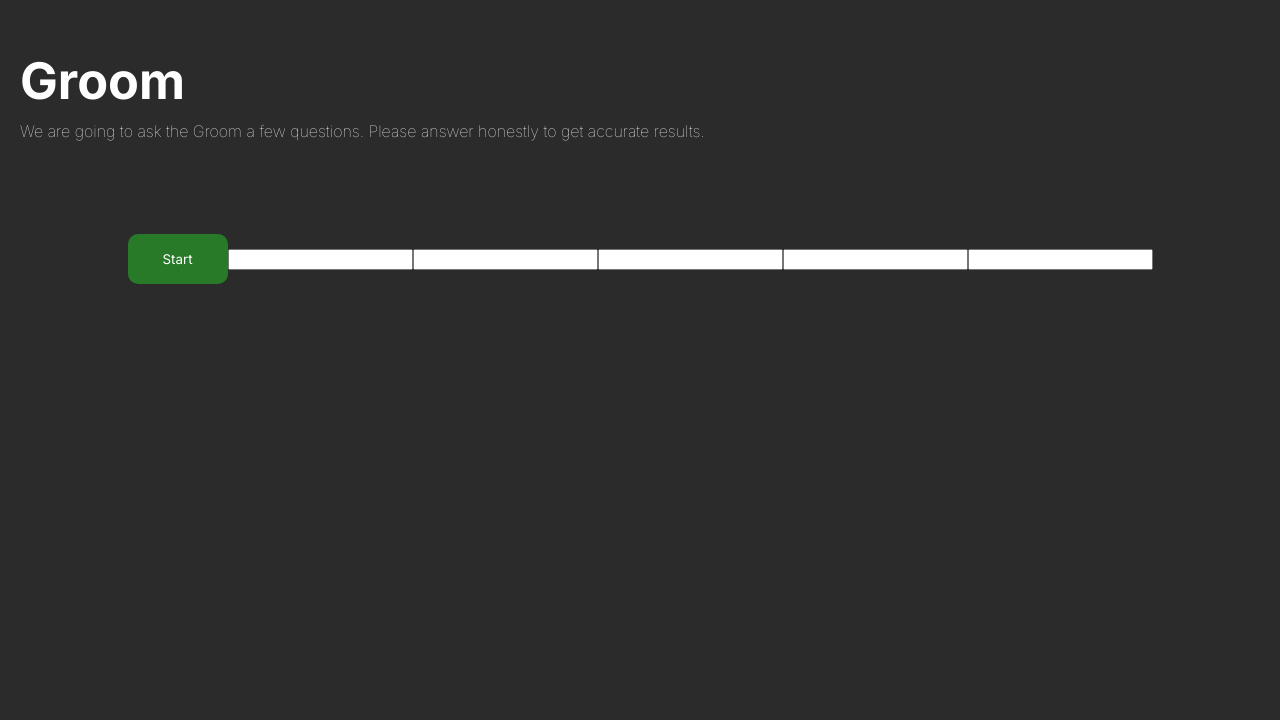
Repository: devhabeeblateef/tictactoe
Page: /
The author's editor kept a copy of each file at every save. The page is drawn from the files as they stood at one save, then again after a run of saves.
The browser window is 1280 px wide. The pictures show the whole page.
The project was rebuilt for these pictures with package versions that can differ from the ones it lists, and the page was loaded fresh each time. Also part of the build but not shown: src/App.css, src/Myform.js.

Above is the page before, as saved 2022-06-17 02:18:20.

After the next 2 saves:
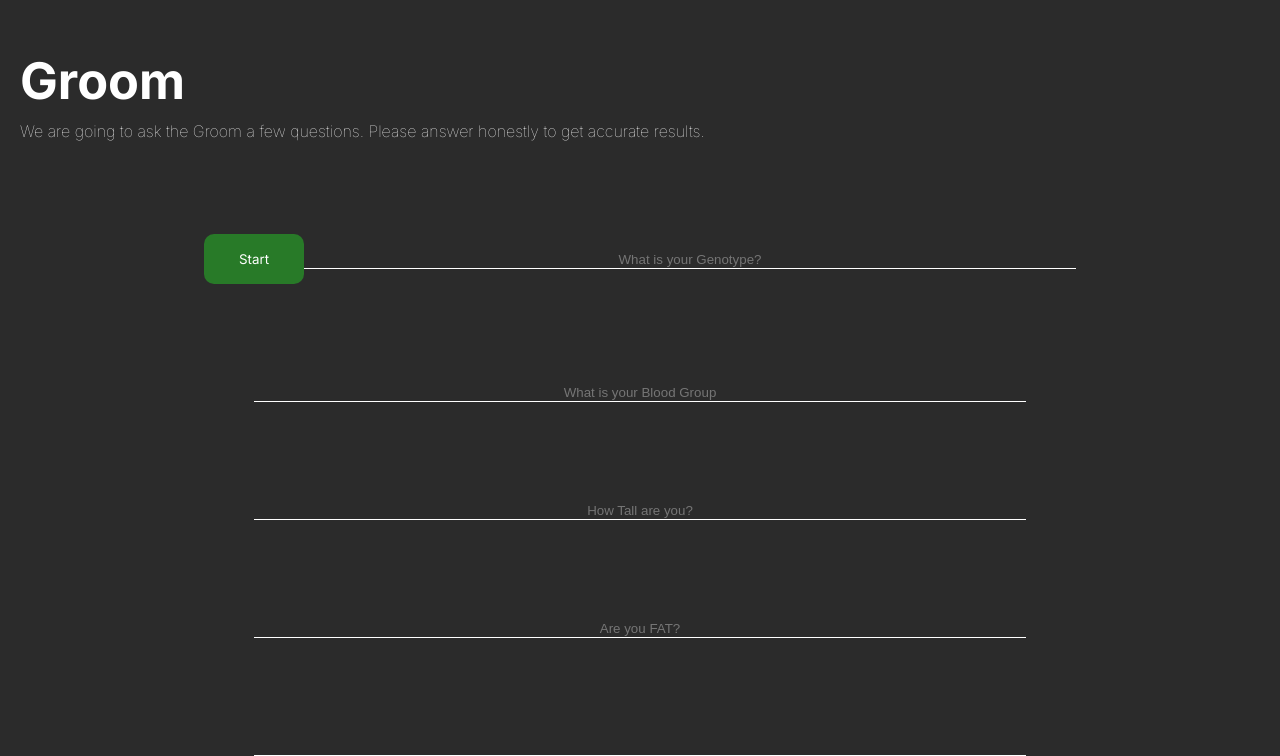
The 2 saves are shown as one change because 1 did not build or start.
The last was saved 12 s later.
--- a/src/Form.js
+++ b/src/Form.js
@@ -24,11 +24,11 @@ function Form() {
         <center>
         {started ? <button onClick={start} className={classes.start}>
         Start</button> : ""}
-        <input  classplaceholder={maleQuestions[0]}/>
-        <input  classplaceholder={maleQuestions[1]}/>
-        <input  classplaceholder={maleQuestions[2]}/>
-        <input  classplaceholder={maleQuestions[3]}/>
-        <input class placeholder={maleQuestions[4]}/>
+        <input  className={classes.questions} placeholder={maleQuestions[0]}/>
+        <input  className={classes.questions} placeholder={maleQuestions[1]}/>
+        <input  className={classes.questions} placeholder={maleQuestions[2]}/>
+        <input  className={classes.questions} placeholder={maleQuestions[3]}/>
+        <input className={classes.questions}  placeholder={maleQuestions[4]}/>
         </center>
     </div>
   )
